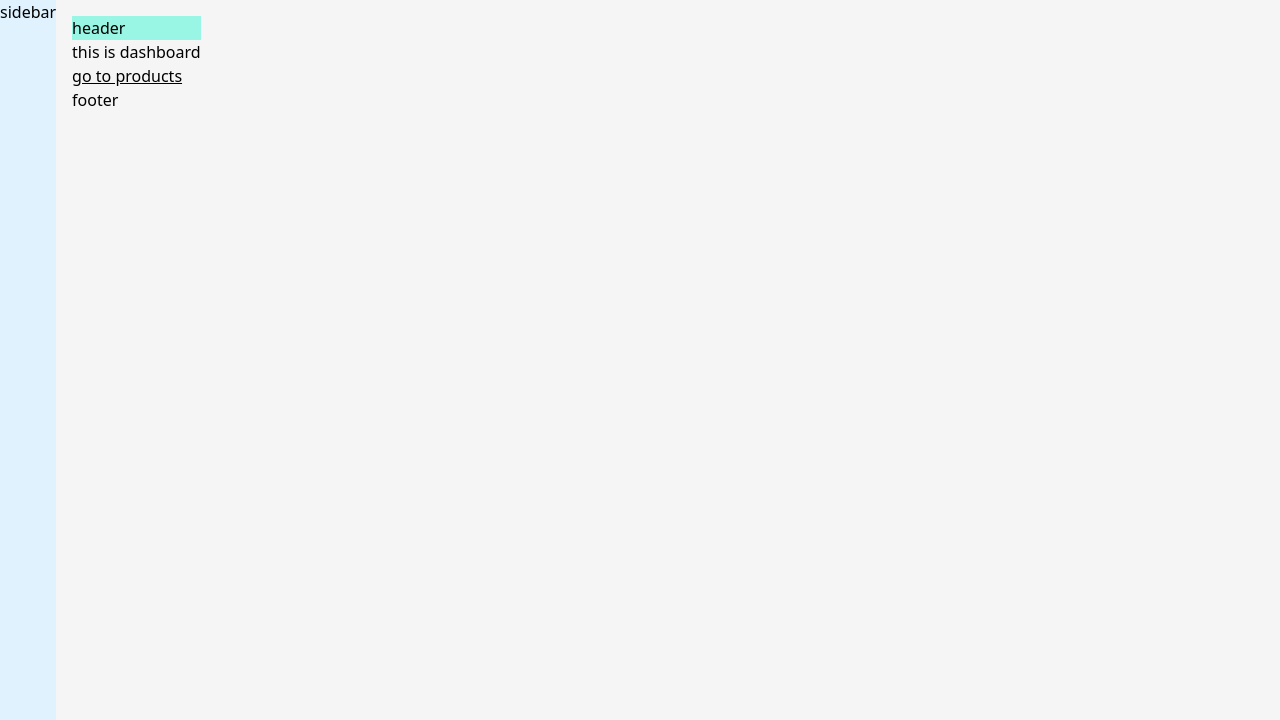
Repository: Mayar2222/Dashboard
Page: /
The author's editor kept a copy of each file at every save. The page is drawn from the files as they stood at one save, then again after a run of saves.
The browser window is 1280 px wide. The pictures show the whole page.
The project was rebuilt for these pictures with package versions that can differ from the ones it lists, and the page was loaded fresh each time. Also part of the build but not shown: src/components/Products.jsx.

Above is the page before, as saved 2024-07-17 21:28:15.

After the next 4 saves:
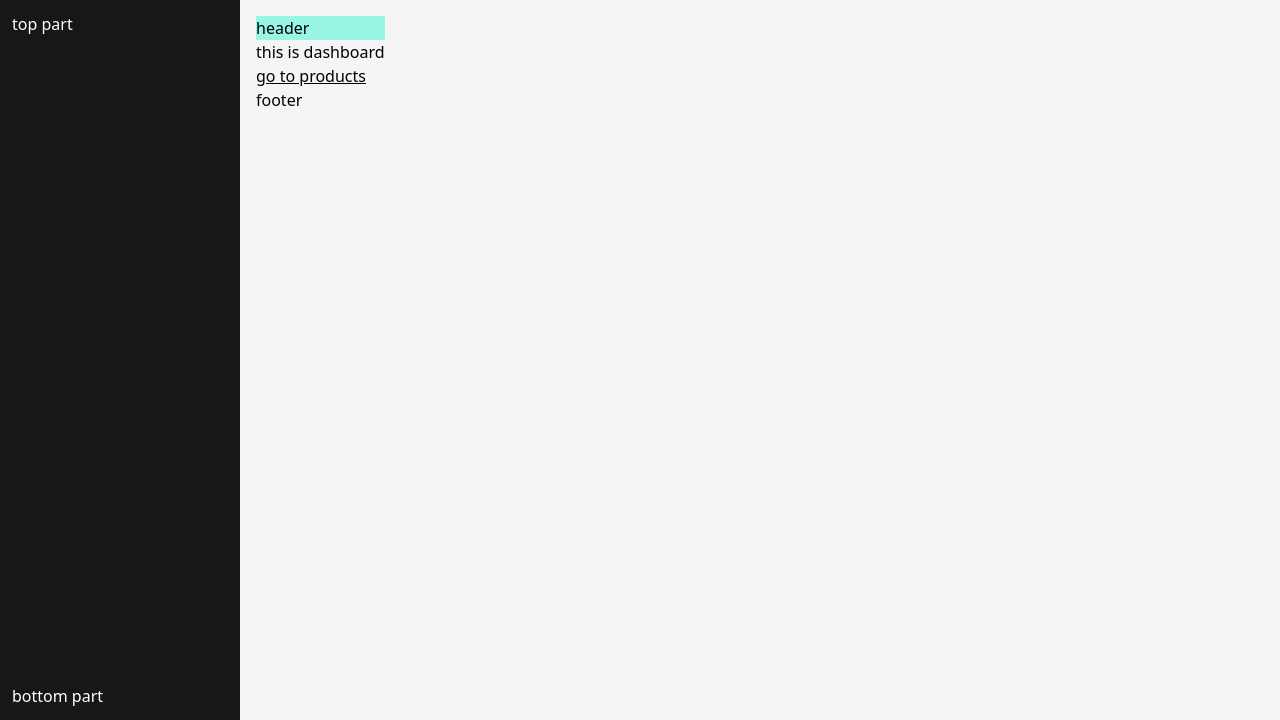
The 4 saves are shown as one change because they came seconds apart.
The last was saved 98 s later.
--- a/src/components/shared/Layout.jsx
+++ b/src/components/shared/Layout.jsx
@@ -1,10 +1,11 @@
 import React from 'react'
 import { Outlet } from 'react-router-dom'
+import Sidebar from './Sidebar'
 export default function Layout() {
   return (
     <div className='flex flex-row bg-neutral-100 h-screen w-screen overflow-hidden'>
-      <div  className='bg-sky-100'>sidebar</div>
-      <div className='p-4'>
+<Sidebar/>
+     <div className='p-4'>
       <div className='bg-teal-200'>header</div>
       <div>{<Outlet/>}</div>
       <p>footer</p>
